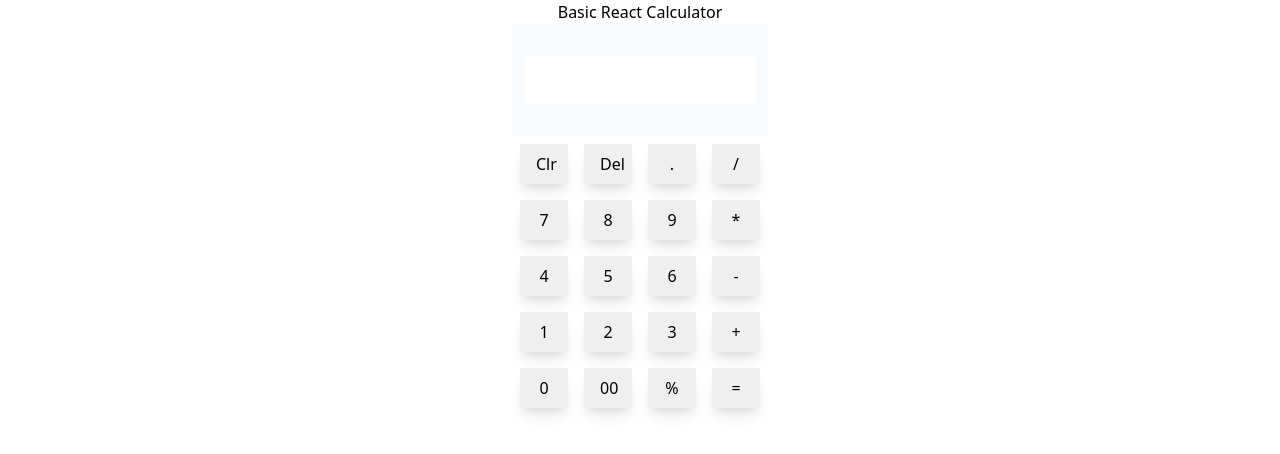
Repository: latenightsnacc/React-Calculator
Page: / (app in docs/react-calculator/)
The author's editor kept a copy of each file at every save. The page is drawn from the files as they stood at one save, then again after the next save.
The browser window is 1280 px wide. The pictures show the whole page.
The project was rebuilt for these pictures with package versions that can differ from the ones it lists, and the page was loaded fresh each time. Also part of the build but not shown: docs/react-calculator/craco.config.js.

Above is the page before, as saved 2021-11-11 15:48:36.

After the next save:
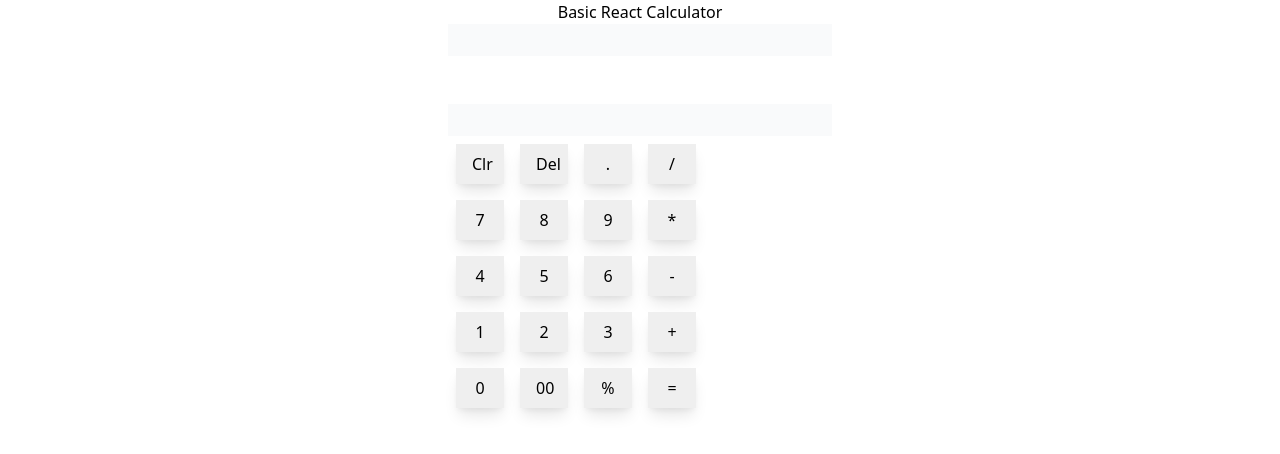
Saved 4 s later.
--- a/docs/react-calculator/src/components/CalculatorOutputRow.js
+++ b/docs/react-calculator/src/components/CalculatorOutputRow.js
@@ -3,7 +3,7 @@
 const CalculatorOutputRow = () => {
     return(
         <div className="p-0 m-0">
-            <input className="w-full" type="text" readOnly />
+            <input className="w-96" type="text" readOnly />
         </div>
     )
 }

After the save that followed:
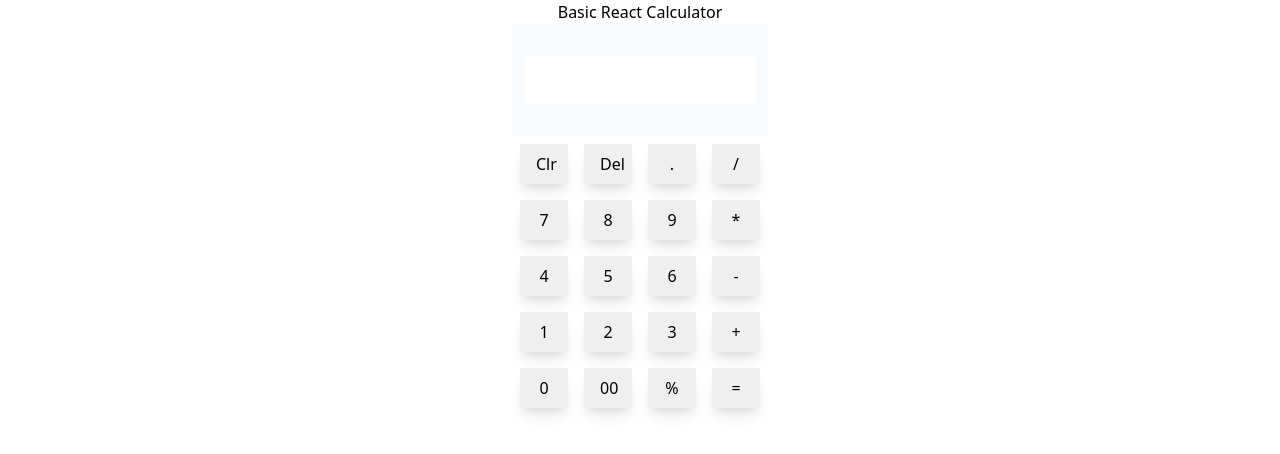
Saved 6 s later.
--- a/docs/react-calculator/src/components/CalculatorOutputRow.js
+++ b/docs/react-calculator/src/components/CalculatorOutputRow.js
@@ -3,7 +3,7 @@
 const CalculatorOutputRow = () => {
     return(
         <div className="p-0 m-0">
-            <input className="w-96" type="text" readOnly />
+            <input className="w-full" type="text" readOnly />
         </div>
     )
 }
